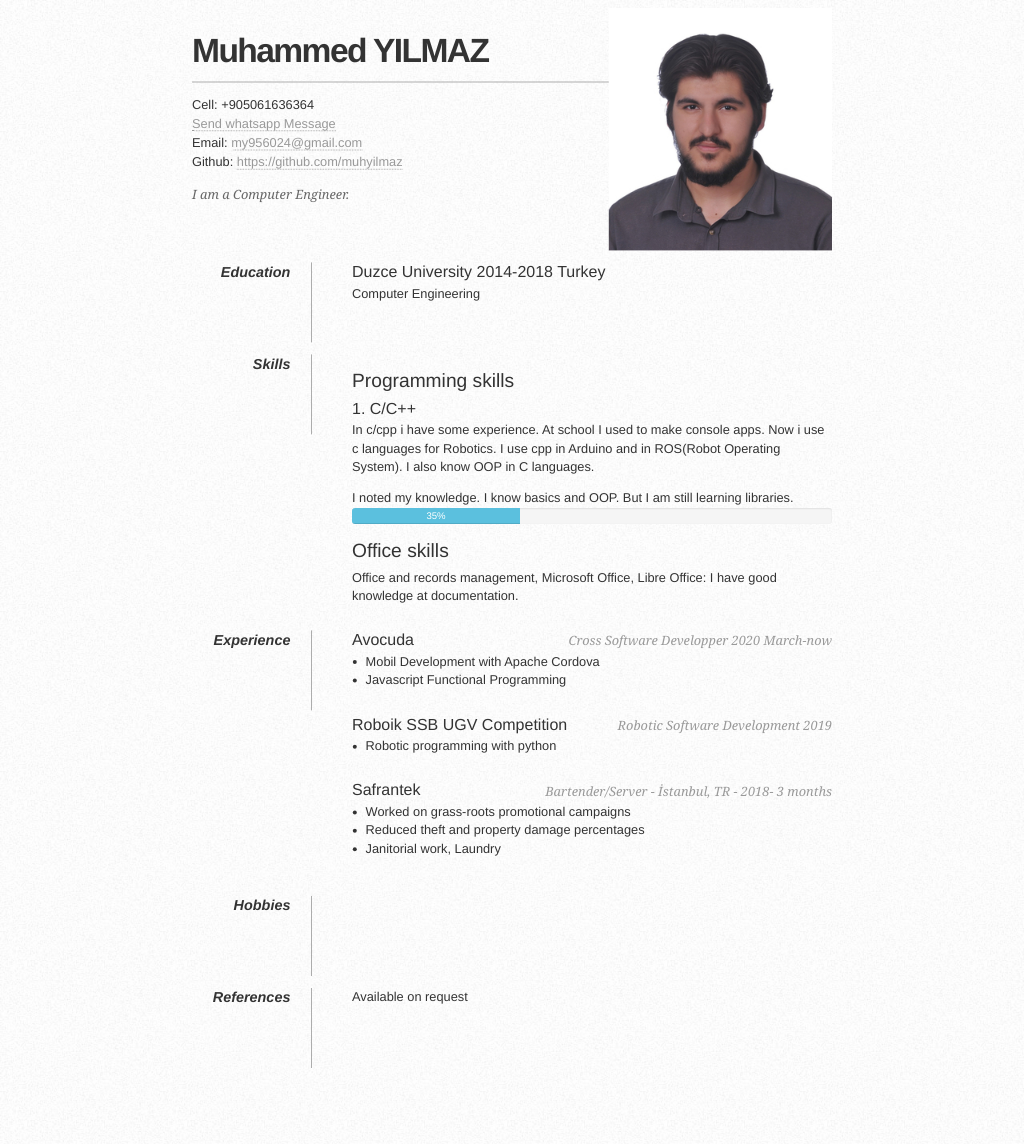
Repository: muhyilmaz/muhyilmaz.github.io
Page: index.html
These files come from the project's save history. The page is drawn as it stood at one moment and after the next save; the edit follows.
The browser window is 1280 px wide. The pictures show the whole page, at 80% of full size.

Above is the page before, as saved 2020-06-08 18:34:52.

### index.html
<!DOCTYPE html PUBLIC "-//W3C//DTD XHTML 1.0 Strict//EN"
"http://www.w3.org/TR/xhtml1/DTD/xhtml1-strict.dtd">

<html xmlns="http://www.w3.org/1999/xhtml" xml:lang="en" lang="en">

<head>

     <meta http-equiv="Content-Type" content="text/html; charset=utf-8"/>
     <meta name="viewport" content="width=device-width, initial-scale=1">
     <link rel="stylesheet" href="https://maxcdn.bootstrapcdn.com/bootstrap/3.4.1/css/bootstrap.min.css">
     <script src="https://ajax.googleapis.com/ajax/libs/jquery/3.5.1/jquery.min.js"></script>
     <script src="https://maxcdn.bootstrapcdn.com/bootstrap/3.4.1/js/bootstrap.min.js"></script>

     <title>MUHAMMED YILMAZ</title>

     <style type="text/css">
        * { margin: 0; padding: 0; }
        body { font: 16px Helvetica, Sans-Serif; line-height: 24px; background: url(images/noise.jpg); }
        .clear { clear: both; }
        #page-wrap { width: 800px; margin: 40px auto 60px; }
        #pic { float: right; margin: -30px 0 0 0; }
        h1 { margin: 0 0 16px 0; padding: 0 0 16px 0; font-size: 42px; font-weight: bold; letter-spacing: -2px; border-bottom: 1px solid #999; }
        h2 { font-size: 20px; margin: 0 0 6px 0; position: relative; }
        h2 span { position: absolute; bottom: 0; right: 0; font-style: italic; font-family: Georgia, Serif; font-size: 16px; color: #999; font-weight: normal; }
        p { margin: 0 0 16px 0; }
        a { color: #999; text-decoration: none; border-bottom: 1px dotted #999; }
        a:hover { border-bottom-style: solid; color: black; }
        ul { margin: 0 0 32px 17px; }
        #objective { width: 500px; float: left; }
        #objective p { font-family: Georgia, Serif; font-style: italic; color: #666; }
        dt { font-style: italic; font-weight: bold; font-size: 18px; text-align: right; padding: 0 26px 0 0; width: 150px; float: left; height: 100px; border-right: 1px solid #999;  }
        dd { width: 600px; float: right; }
        dd.clear { float: none; margin: 0; height: 15px; }
     </style>
</head>

<body>

    <div id="page-wrap">

        <img src="images/profileres.jpg" alt="Photo of Cthulu" id="pic" />

        <div id="contact-info" class="vcard">

            <!-- Microformats! -->

            <h1 class="fn">Muhammed YILMAZ</h1>

            <p>
                Cell: <span class="tel">+905061636364</span><br />
                <a href="https://api.whatsapp.com/send?phone=905061636364">Send whatsapp Message</a><br />
                Email: <a class="email" href="mailto:my956024@gmail.com">my956024@gmail.com</a><br />
                Github: <a href="https://github.com/muhyilmaz">https://github.com/muhyilmaz</a>
            </p>
        </div>

        <div id="objective">
            <p>
                I am a Computer Engineer.
            </p>
        </div>

        <div class="clear"></div>

        <dl>
            <dd class="clear"></dd>

            <dt>Education</dt>
            <dd>
                <h2>Duzce University 2014-2018 Turkey</h2>
                <p> Computer Engineering </br>

				</p>
            </dd>

            <dd class="clear"></dd>

            <dt>Skills</dt>
            <dd>
                <!---
				<h2>Office skills</h2>
                <p>Office and records management, database administration, event organization, customer support, travel coordination</p>

                <h2>Computer skills</h2>
                <p>Microsoft productivity software (Word, Excel, etc), Adobe Creative Suite, Windows</p>
				-->
				<h3>Programming skills</h3>
				<h2>1. C/C++</h2>
                <p>In c/cpp i have some experience. At school I used to make console apps. Now i use c languages for Robotics. I use cpp in Arduino and in ROS(Robot Operating System). I also know OOP in C languages. </p>
                I noted my knowledge. I know basics and OOP. But I am still learning libraries.
                <div class="progress">
                    <div class="progress-bar progress-bar-info" role="progressbar" aria-valuenow="60" aria-valuemin="0" aria-valuemax="100" style="width:35%">
                        35%
                    </div>
                  </div>
				<h3>Office skills</h3>
                <p>Office and records management, Microsoft Office, Libre Office: I have good knowledge at documentation. </p>

			</dd>

            <dd class="clear"></dd>

            <dt>Experience</dt>
            <dd>
                <h2>Avocuda <span>Cross Software Developper 2020 March-now</span></h2>
                <ul>
                    <li> Mobil Development with Apache Cordova</li>
					<li> Javascript Functional Programming</li>

                </ul>
                <h2>Roboik SSB UGV Competition <span>Robotic Software Development 2019</span></h2>
                <ul>
                    <li>Robotic programming with python</li>

                </ul>
                <h2>Safrantek <span>Bartender/Server - İstanbul, TR - 2018- 3 months</span></h2>
                <ul>
                    <li>Worked on grass-roots promotional campaigns</li>
                    <li>Reduced theft and property damage percentages</li>
                    <li>Janitorial work, Laundry</li>
                </ul>
            </dd>

            <dd class="clear"></dd>

            <dt>Hobbies</dt>
            <dd></dd>

            <dd class="clear"></dd>

            <dt>References</dt>
            <dd>Available on request</dd>

            <dd class="clear"></dd>
        </dl>

        <div class="clear"></div>

    </div>

</body>

</html>

After the next save:
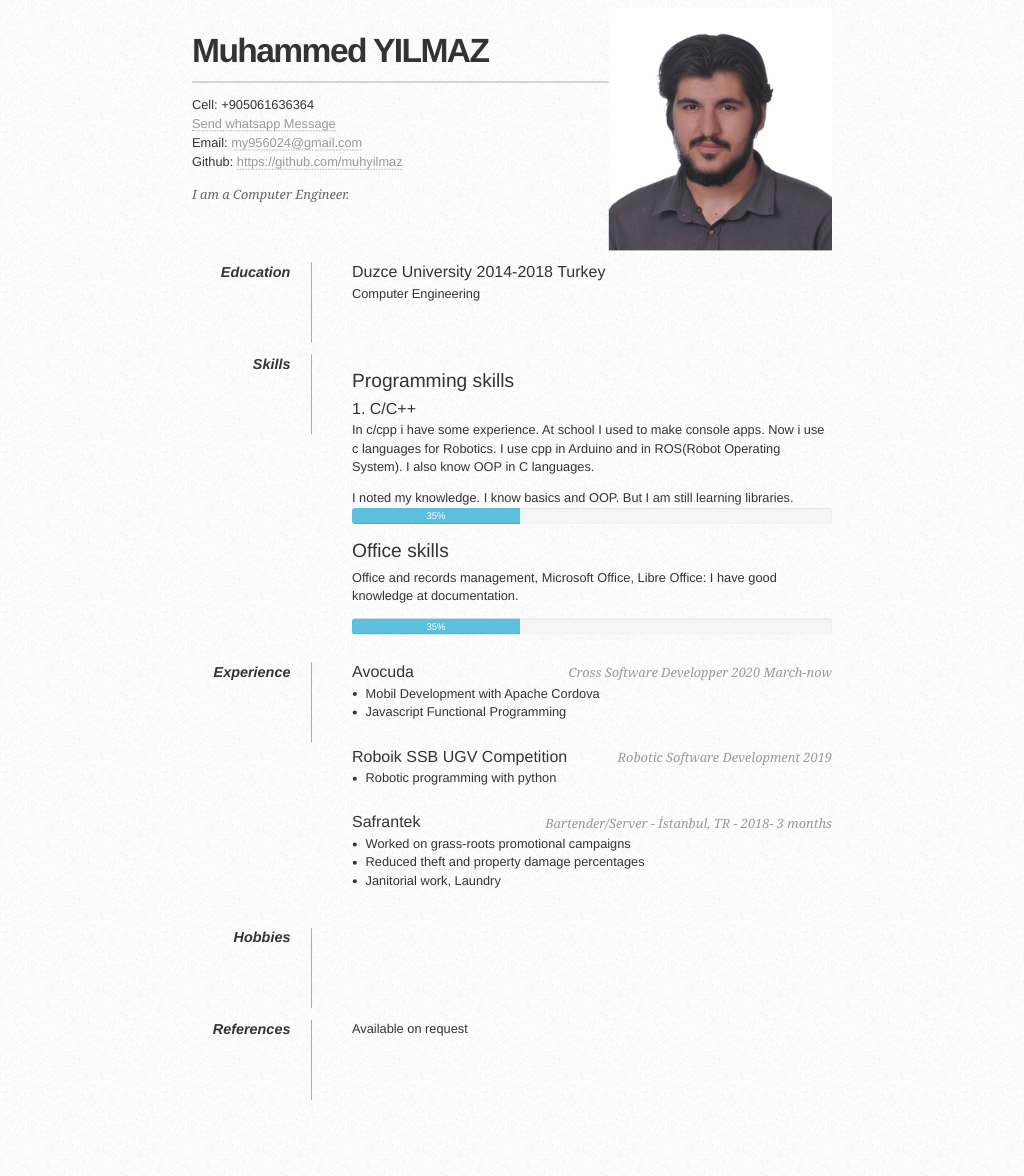
Saved 14 s later.
--- a/index.html
+++ b/index.html
@@ -95,7 +95,11 @@
                   </div>
 				<h3>Office skills</h3>
                 <p>Office and records management, Microsoft Office, Libre Office: I have good knowledge at documentation. </p>
-
+                <div class="progress">
+                    <div class="progress-bar progress-bar-info" role="progressbar" aria-valuenow="60" aria-valuemin="0" aria-valuemax="100" style="width:35%">
+                        35%
+                    </div>
+                  </div>
 			</dd>
 
             <dd class="clear"></dd>
